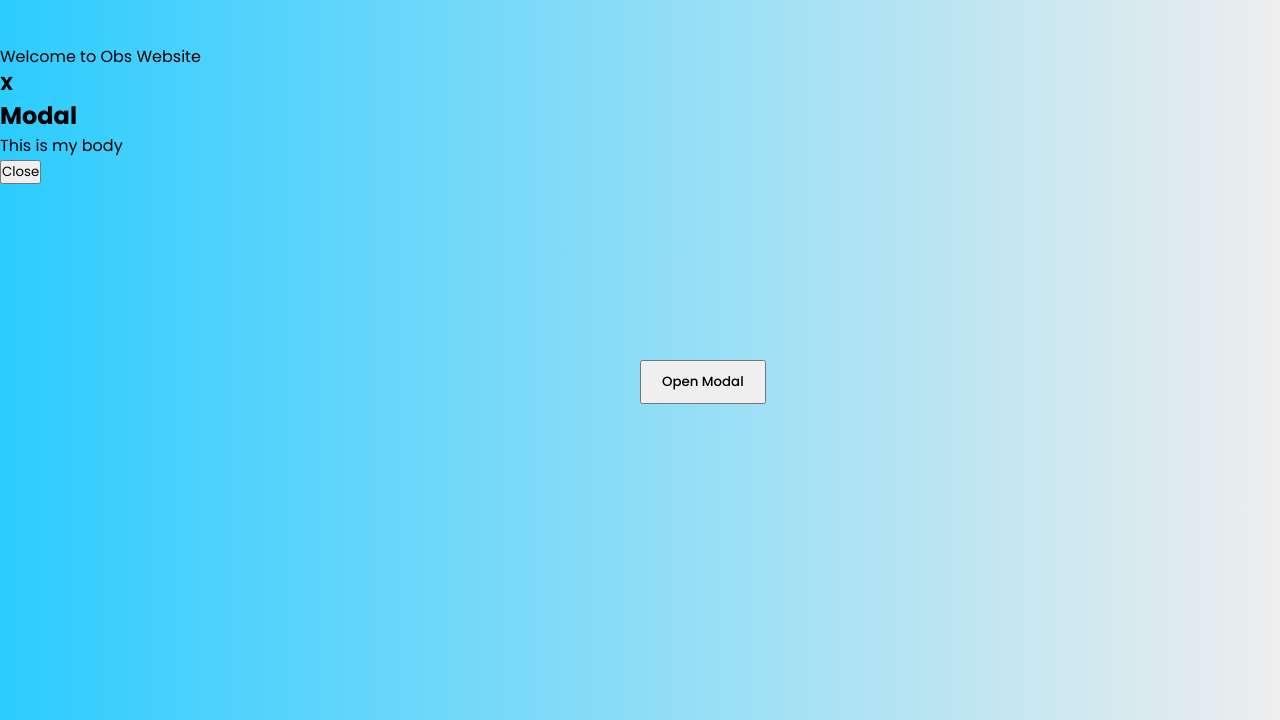
Repository: lausamtuong/Modal_card
Page: index.html
These files come from the project's save history. The page is drawn as it stood at one moment and after a run of saves; the edit follows.
The browser window is 1280 px wide. The pictures show the whole page.
The style sheet was rebuilt from its Sass, Less or Tailwind sources for each picture, by a compiler version that may differ from the author's.

Above is the page before, as saved 2021-12-14 21:31:21.

### index.html
<!DOCTYPE html>
<html lang="en">
<head>
    <meta charset="UTF-8">
    <meta http-equiv="X-UA-Compatible" content="IE=edge">
    <meta name="viewport" content="width=device-width, initial-scale=1.0">
    <link rel="stylesheet" href="style.css">
    <link href="https://fonts.googleapis.com/css2?family=Poppins:wght@400;500;700&display=swap" rel="stylesheet">
    <title>Document</title>
</head>
<body>
    <button class="open__btn">Open Modal</button>
    <div class="modal">
        <div class="modal__inner">
            <div class="modal__heade">
                <p>Welcome to Obs Website</p>
                <h3>X</h3>
            </div>
            <div class="modal__body">
                <h2>Modal</h2>
                <p>This is my body</p>
            </div>
            <div class="modal__footer">
                <button class="modal__close-btn">Close</button>
            </div>
        </div>
    </div>
</body>
</html>

### style.scss
*{
    margin: 0;
    padding: 0;
    box-sizing: border-box;
    font-family: 'Poppins', sans-serif;
}
body{
    height: 100vh;
    background:  linear-gradient( to right,#2cccff ,#eee );;
}
.open__btn{
     position: relative;;
   top:50%;
   left:50%;
   outline: none;
   padding : 10px 20px;
   font-weight: 500;
}

After the next 2 saves:
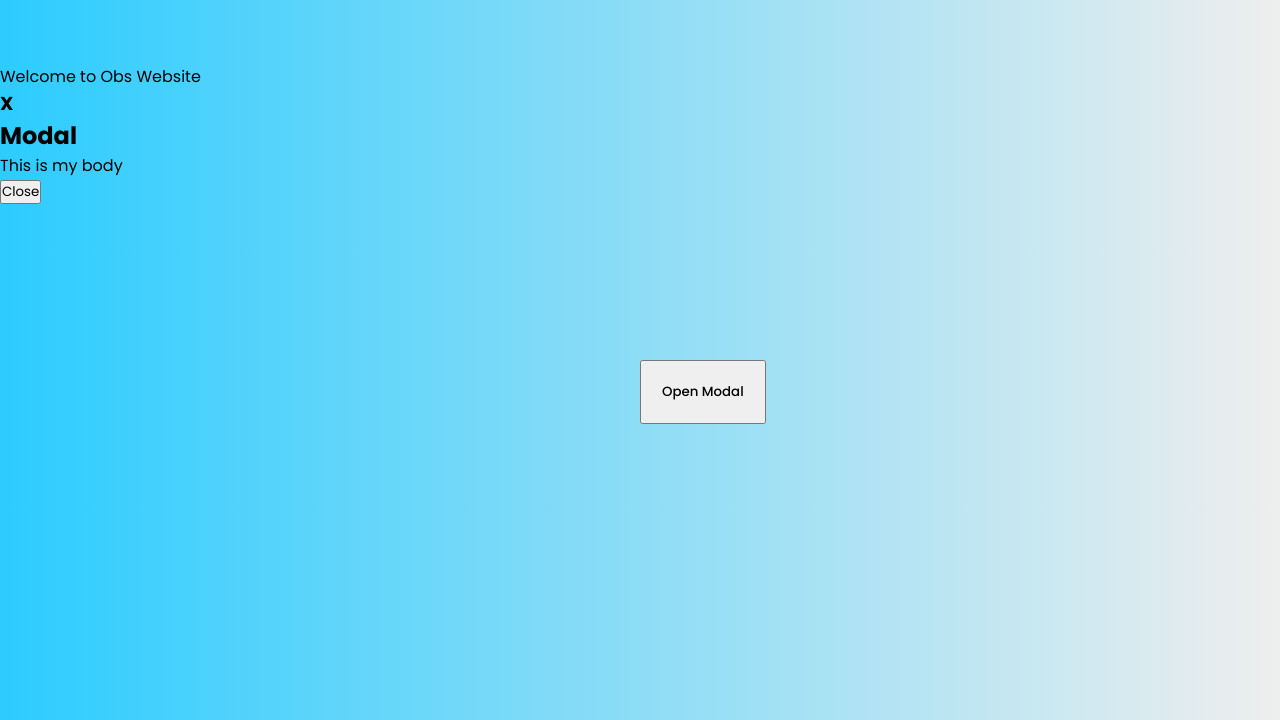
The 2 saves are shown as one change because they came seconds apart.
The last was saved 15 s later.
--- a/style.scss
+++ b/style.scss
@@ -13,6 +13,6 @@ body{
    top:50%;
    left:50%;
    outline: none;
-   padding : 10px 20px;
+   padding : 20px 20px;
    font-weight: 500;
 }
